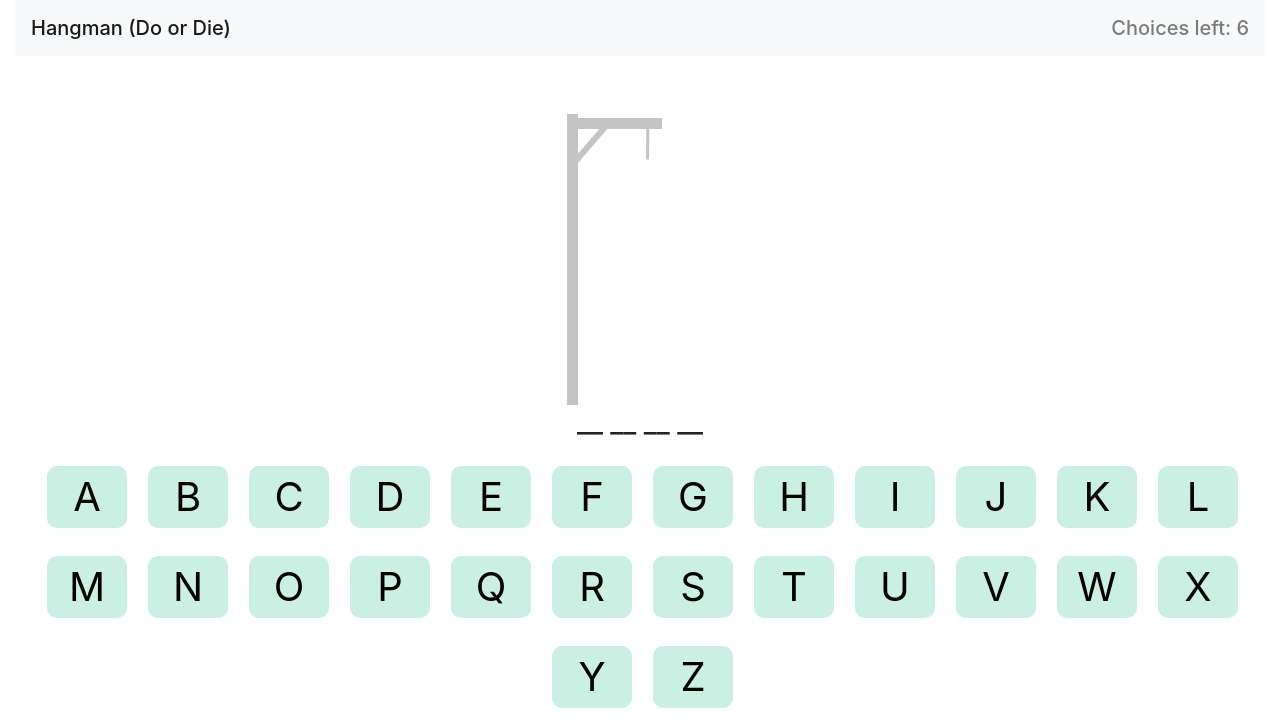
Repository: jatinhchanchlani/hangman
Page: /
An editor plug-in stored every save of this project. The page is shown before and after the next save, followed by the edit.
The browser window is 1280 px wide. The pictures show the whole page.
The project was rebuilt for these pictures with package versions that can differ from the ones it lists, and the page was loaded fresh each time. Also part of the build but not shown: src/App.css, src/components/playAgain.jsx.

Above is the page before, as saved 2020-10-25 21:01:52.

### src/index.js
import React from 'react';
import ReactDOM from 'react-dom';
import './index.css';
import App from './App';
import * as serviceWorker from './serviceWorker';
import 'bootstrap/dist/css/bootstrap.css';

ReactDOM.render( <
  React.StrictMode >
  <
  App / >
  <
  /React.StrictMode>,
  document.getElementById('root')
);

// If you want your app to work offline and load faster, you can change
// unregister() to register() below. Note this comes with some pitfalls.
// Learn more about service workers: https://bit.ly/CRA-PWA
serviceWorker.unregister();

### src/App.js
import React from 'react';
import './App.css';
import Game from './components/game';

function App() {
  return ( <
    Game / >
  );
}

export default App;

### src/components/game.jsx
import React, { Component } from "react";
import Header from "./header";
import PlayAgain from "./playAgain";
import { getOutputCharacters } from "../model/cities";
import OutputCharacters from "./outputCharacters";
import Hangman from "./image";
import InputCharacters from "./inputCharacters";

const MAX_CHOICES = 6;

class Game extends Component {
  state = {
    maxChoices: MAX_CHOICES,
    choicesLeft: MAX_CHOICES,
    outputCharacters: getOutputCharacters(),
    inputCharacters: this.getAllLetters(),
  };

  render() {
    return (
      <div className="container-fluid">
        <Header choicesLeft={this.state.choicesLeft} />

        <div className="text-center">
          <Hangman
            choicesLeft={this.state.choicesLeft}
            maxChoices={this.state.maxChoices}
          />
        </div>

        <div className="text-center">
          <OutputCharacters
            characters={this.state.outputCharacters}
            gameLost={this.gameLost()}
          />
        </div>

        <div className="text-center">
          <InputCharacters
            characters={this.state.inputCharacters}
            onClick={(character) => this.handleInputCharacterClicked(character)}
            gameWon={this.gameWon()}
            gameLost={this.gameLost()}
          />

          <PlayAgain
            gameWon={this.gameWon()}
            gameLost={this.gameLost()}
            onClick={() => this.handleReset()}
          />
        </div>
      </div>
    );
  }

  handleInputCharacterClicked(character) {
    if (character.canClick) {
      const { outputCharacters, inputCharacters, choicesLeft } = this.state;
      outputCharacters
        .filter((c) => c.value.toUpperCase() === character.value)
        .map((c) => (c.guessed = true));

      const letterMatch = outputCharacters.some(
        (c) => c.value.toUpperCase() === character.value
      );

      const choices = letterMatch ? choicesLeft : choicesLeft - 1;

      const l = inputCharacters.indexOf(character);
      inputCharacters[l].canClick = false;
      this.setState({
        choicesLeft: choices,
        inputCharacters: inputCharacters,
        outputCharacters: outputCharacters,
      });
    }
  }

  gameWon() {
    return this.state.outputCharacters.every((c) => c.guessed === true);
  }

  gameLost() {
    return this.state.choicesLeft === 0;
  }

  handleReset() {
    this.setState({
      maxChoices: MAX_CHOICES,
      choicesLeft: MAX_CHOICES,
      outputCharacters: getOutputCharacters(),
      inputCharacters: this.getAllLetters(),
    });
  }

  getAllLetters() {
    return Array(26)
      .fill()
      .map((_, index) => String.fromCharCode("A".charCodeAt(0) + index))
      .map((char) => ({ value: char, canClick: true }));
  }
}

export default Game;

### src/components/header.jsx
import React, { Component } from "react";

class Header extends Component {
  render() {
    return (
      <nav className="navbar navbar-light bg-light d-flex flex-column flex-sm-row">
        <span className="navbar-brand mb-0 h1">Hangman (Do or Die)</span>
        <span className="mb-0 h5 navbar-text nav-item">
          Choices left: {this.props.choicesLeft}
        </span>
      </nav>
    );
  }
}

export default Header;

### src/model/cities.js
const MIN = 0;
const MAX = 24;

const cities = {
    0: "Mumbai",
    1: "New Delhi",
    2: "Chennai",
    3: "Hyderabad",
    4: "Bengaluru",
    5: "Ahmedabad",
    6: "Jaipur",
    7: "Kolkata",
    8: "Lucknow",
    9: "Bhopal",
    10: "Chandigarh",
    11: "Patna",
    12: "Jabalpur",
    13: "Pune",
    14: "Surat",
    15: "Indore",
    16: "Kanpur",
    17: "Visakhapatnam",
    18: "Agra",
    19: "Varanasi",
    20: "Amritsar",
    21: "Udaipur",
    22: "Noida",
    23: "Ludhiana",
    24: "Gwalior",
}

// Returns a random number between min and max. Min and max are both inclusive
export function getRandomIntInclusive(min, max) {
    min = Math.ceil(min);
    max = Math.floor(max);
    return Math.floor(Math.random() * (max - min + 1) + min);
}

export function getOutputCharacters() {
    const city = cities[getRandomIntInclusive(MIN, MAX)];
    return [...city].map(c => ({
        value: c,
        guessed: false
    }));
}

### src/components/outputCharacters.jsx
import React, { Component } from "react";

class OutputCharacters extends Component {
  render() {
    const { characters, gameLost } = this.props;
    console.log(characters);
    return (
      <React.Fragment>
        <h3>{characters.map((c) => this.getCharacter(c, gameLost))}</h3>
      </React.Fragment>
    );
  }

  getCharacter(character, gameLost) {
    const emptySpace = "        ";
    if (character.value === " ") {
      return emptySpace;
    } else {
      if (character.guessed || gameLost) {
        return character.value.toUpperCase() + emptySpace;
      } else {
        return "__" + emptySpace;
      }
    }
  }
}

export default OutputCharacters;

### src/components/image.jsx
import React, { Component } from "react";

class Image extends Component {
  render() {
    const { choicesLeft, maxChoices } = this.props;
    const imagePath = maxChoices - choicesLeft + ".jpg";
    return <img src={require("../images/" + imagePath)} alt={imagePath} />;
  }
}

export default Image;

### src/components/inputCharacters.jsx
import React, { Component } from "react";
import "../css/letters.css";

class InputCharacters extends Component {
  render() {
    const { characters, gameWon, gameLost } = this.props;
    console.log(gameWon);
    if (gameWon || gameLost) {
      return null;
    } else {
      return characters.map((character) => (
        <button
          key={character.value}
          className="letter-button"
          style={{ backgroundColor: this.getBackground(character) }}
          onClick={() => this.props.onClick(character)}
        >
          {character.value}
        </button>
      ));
    }
  }

  getBackground(character) {
    if (character.canClick) {
      return "#c9f0e2";
    } else {
      return "Red";
    }
  }
}

export default InputCharacters;

### src/css/letters.css
.letter-button {
    border: none;
    font-family: inherit;
    font-size: 2.5rem;
    cursor: pointer;
    width: 5rem;
    margin: 18px 8px 10px 13px;
    letter-spacing: 0;
    outline: none !important;
    color: #000;
    border-radius: 10px;
}

.letter-button:hover {
    box-shadow: 0 12px 16px 0 rgba(0, 0, 0, 0.24), 0 17px 50px 0 rgba(0, 0, 0, 0.19);
}

Loaded but not shown: public/index.html (common file); src/index.css (common file); src/serviceWorker.js (common file)

After the next save:
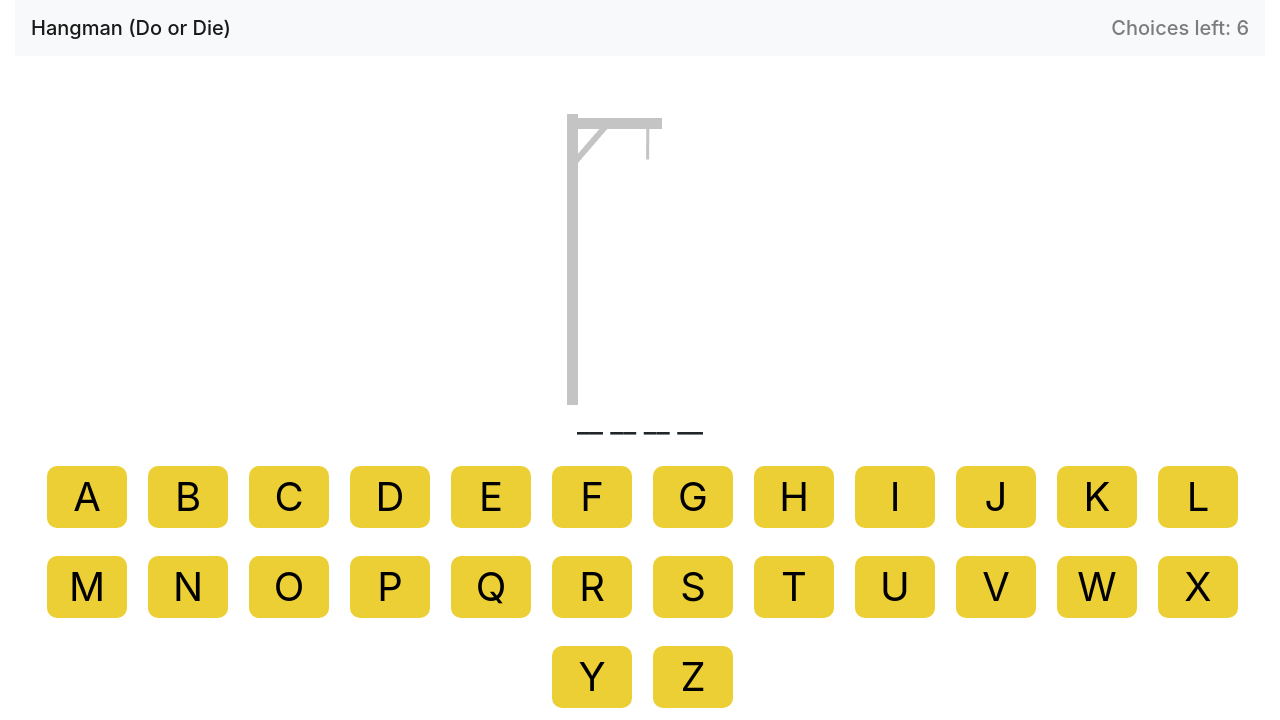
Saved 3 min 4 s later.
--- a/src/components/inputCharacters.jsx
+++ b/src/components/inputCharacters.jsx
@@ -23,9 +23,9 @@ class InputCharacters extends Component {
 
   getBackground(character) {
     if (character.canClick) {
-      return "#c9f0e2";
+      return "#ebcf34";
     } else {
-      return "Red";
+      return "Black";
     }
   }
 }
